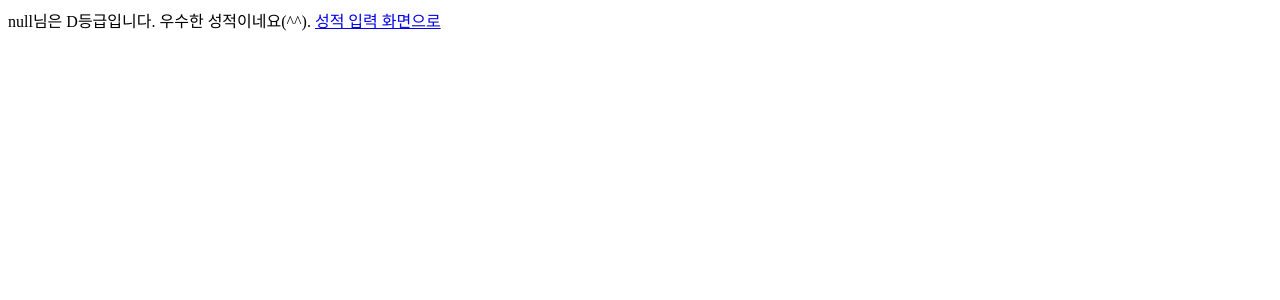
Repository: kdg0109/multicampus_course
Page: http://localhost/mvc/jspexam/gradeD.jsp
An editor plug-in stored every save of this project. The page is shown before and after the next save, followed by the edit.
The browser window is 1280 px wide. The pictures show the whole page.
The page is served by Tomcat 9. Other server files are loaded and not shown.

Above is the page before, as saved 2018-02-09 01:31:07.

### web course/workspace_web/mvc/WebContent/jspexam/gradeD.jsp
<%@ page language="java" contentType="text/html; charset=UTF-8"
    pageEncoding="UTF-8"%>
<!DOCTYPE html>
<html>
<head>
<meta charset="UTF-8">
<title>성적 결과</title>
</head>
<body>
<%= request.getParameter("name")%>님은 D등급입니다. 우수한 성적이네요(^^).
<a	href="/mvc/htmlexam/eduForm.html">성적 입력 화면으로</a>
</body>
</html>

After the next save:
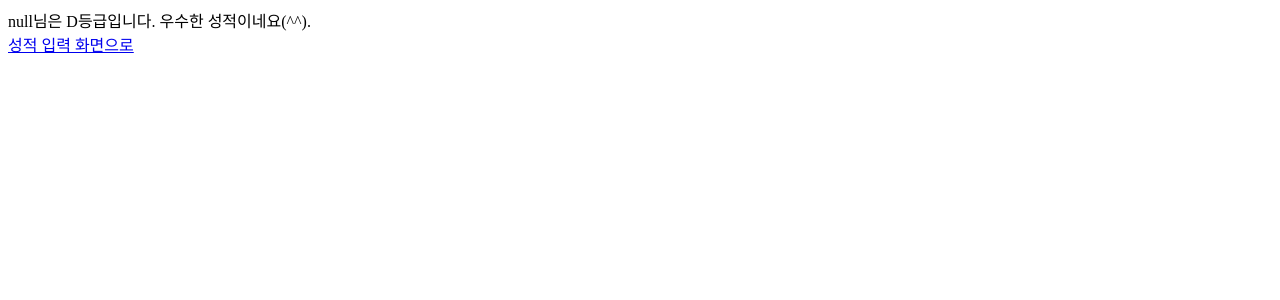
Saved 1 s later.
--- a/web course/workspace_web/mvc/WebContent/jspexam/gradeD.jsp
+++ b/web course/workspace_web/mvc/WebContent/jspexam/gradeD.jsp
@@ -7,7 +7,7 @@
 <title>성적 결과</title>
 </head>
 <body>
-<%= request.getParameter("name")%>님은 D등급입니다. 우수한 성적이네요(^^).
+<%= request.getParameter("name")%>님은 D등급입니다. 우수한 성적이네요(^^).<br>
 <a	href="/mvc/htmlexam/eduForm.html">성적 입력 화면으로</a>
 </body>
 </html>
